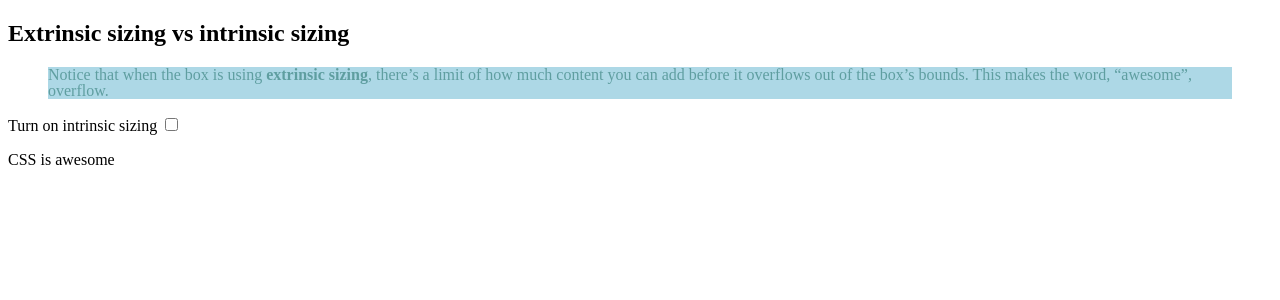
Repository: sristigupta04/basic-js-project
Page: box model/box.html
An editor plug-in stored every save of this project. The page is shown before and after the next save, followed by the edit.
The browser window is 1280 px wide. The pictures show the whole page.

Above is the page before, as saved 2025-11-03 00:39:37.

After the next save:
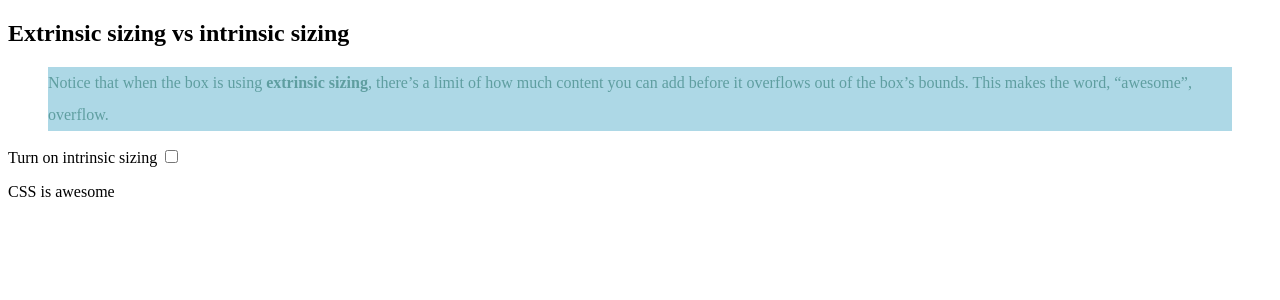
Saved 7 s later.
--- a/box model/box.css
+++ b/box model/box.css
@@ -4,5 +4,5 @@
 .callout{
     background-color: lightblue;
     color:cadetblue;
-    line-height: 1rem;;
+    line-height: 2rem;;
 }

After the save that followed:
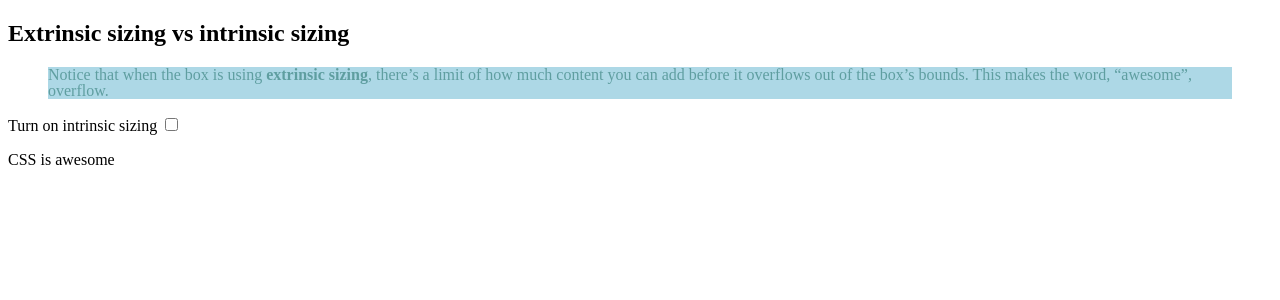
Saved 7 s later.
--- a/box model/box.css
+++ b/box model/box.css
@@ -4,5 +4,5 @@
 .callout{
     background-color: lightblue;
     color:cadetblue;
-    line-height: 2rem;;
+    line-height:1rem;
 }
